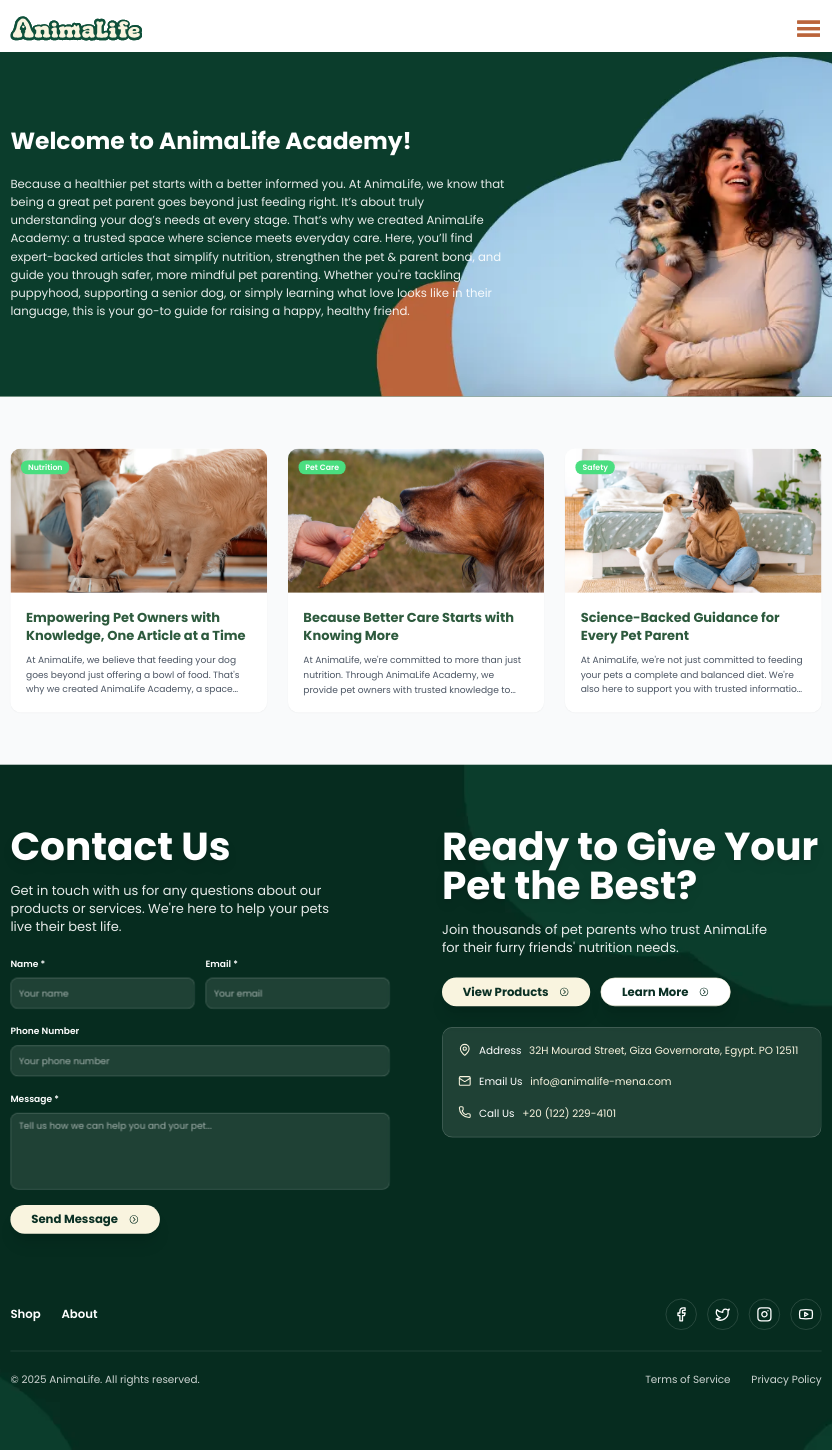
Repository: the-jupiteragency/animalife
Page: /academy
The author's editor kept a copy of each file at every save. The page is drawn from the files as they stood at one save, then again after the next save.
The browser window is 1280 px wide. The pictures show the whole page, at 65% of full size.
The project was rebuilt for these pictures with package versions that can differ from the ones it lists, and the page was loaded fresh each time. The framework's server and built-in components were replaced by stand-ins that run in the browser. Also part of the build but not shown: next.config.mjs.

Above is the page before, as saved 2025-08-10 16:36:51.

After the next save:
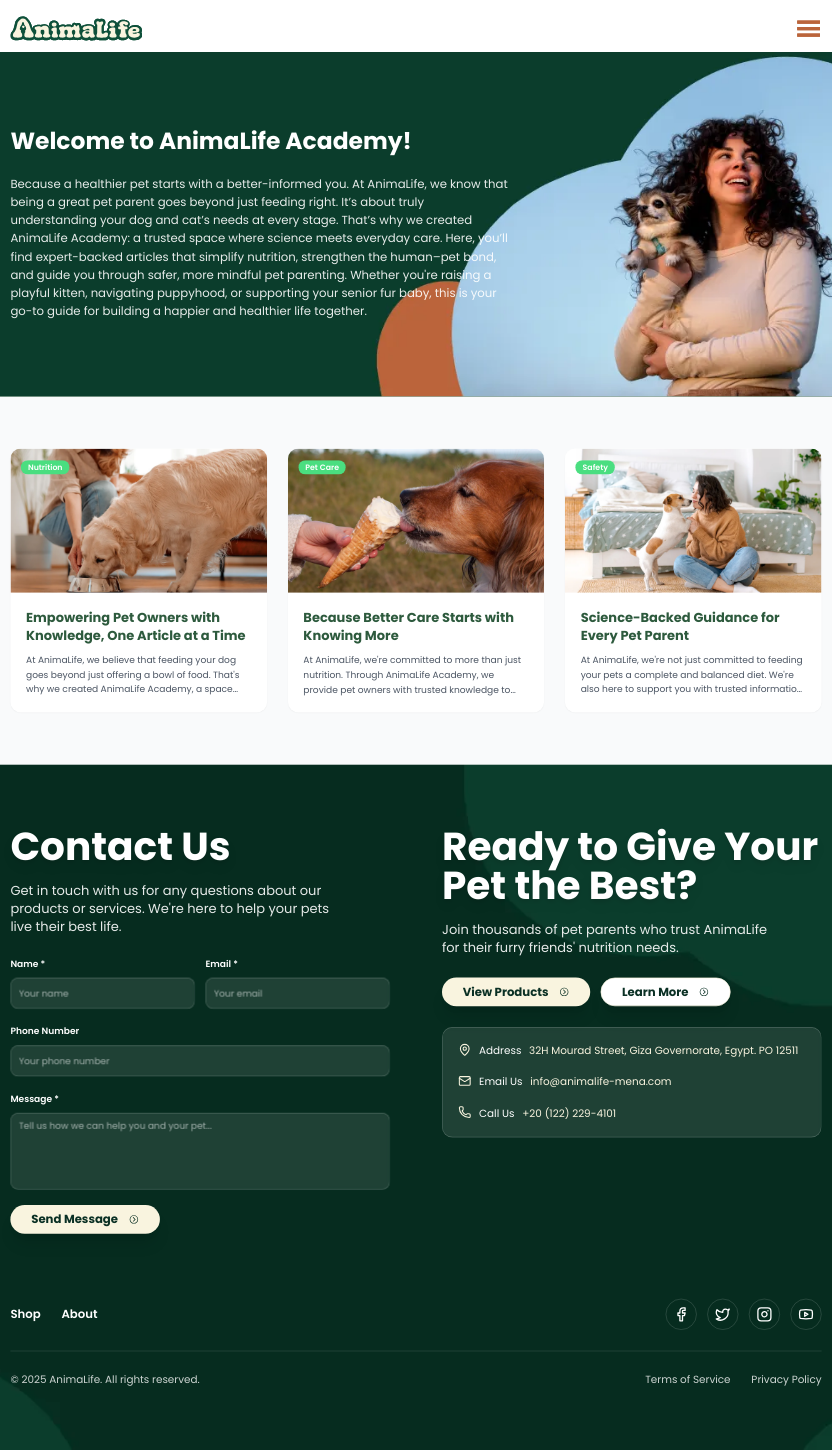
Saved 35 min 14 s later.
--- a/app/academy/page.tsx
+++ b/app/academy/page.tsx
@@ -34,17 +34,17 @@
                 Welcome to AnimaLife Academy!
               </h1>
               <p className="text-lg md:text-lg text-white/90 leading-relaxed">
-                Because a healthier pet starts with a better informed you. At
+                Because a healthier pet starts with a better-informed you. At
                 AnimaLife, we know that being a great pet parent goes beyond
-                just feeding right. It’s about truly understanding your dog’s
-                needs at every stage. That’s why we created AnimaLife Academy: a
-                trusted space where science meets everyday care. Here, you’ll
-                find expert-backed articles that simplify nutrition, strengthen
-                the pet & parent bond, and guide you through safer, more mindful
-                pet parenting. Whether you're tackling puppyhood, supporting a
-                senior dog, or simply learning what love looks like in their
-                language, this is your go-to guide for raising a happy, healthy
-                friend.
+                just feeding right. It’s about truly understanding your dog and
+                cat’s needs at every stage. That’s why we created AnimaLife
+                Academy: a trusted space where science meets everyday care.
+                Here, you’ll find expert-backed articles that simplify
+                nutrition, strengthen the human–pet bond, and guide you through
+                safer, more mindful pet parenting. Whether you're raising a
+                playful kitten, navigating puppyhood, or supporting your senior
+                fur baby, this is your go-to guide for building a happier and
+                healthier life together.
               </p>
             </div>
           </div>
